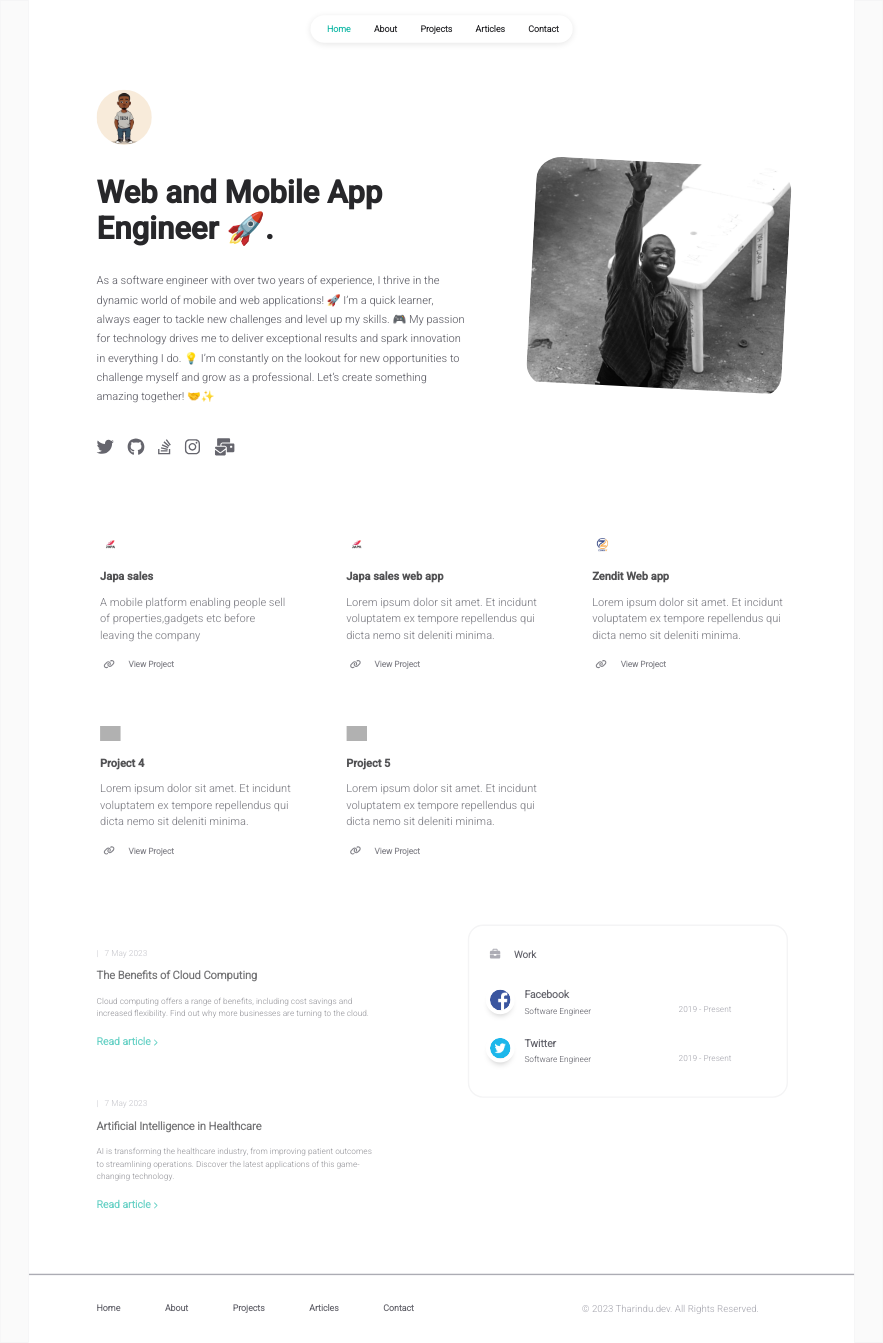
Repository: preyeopudu/preye-site
Page: /
These files come from the project's save history. The page is drawn as it stood at one moment and after the next save; the edit follows.
The browser window is 1280 px wide. The pictures show the whole page, at 69% of full size.
Pictures or frames that could not be fetched are drawn as grey boxes. The project was rebuilt for these pictures with package versions that can differ from the ones it lists, and the page was loaded fresh each time. Also part of the build but not shown: src/components/about/socials.jsx, src/pages/styles/about.css, src/pages/about.jsx, src/pages/styles/projects.css, src/pages/projects.jsx, src/components/articles/article.jsx, src/pages/styles/articles.css, src/pages/articles.jsx and 5 more.

Above is the page before, as saved 2024-12-18 19:45:35.

After the next save:
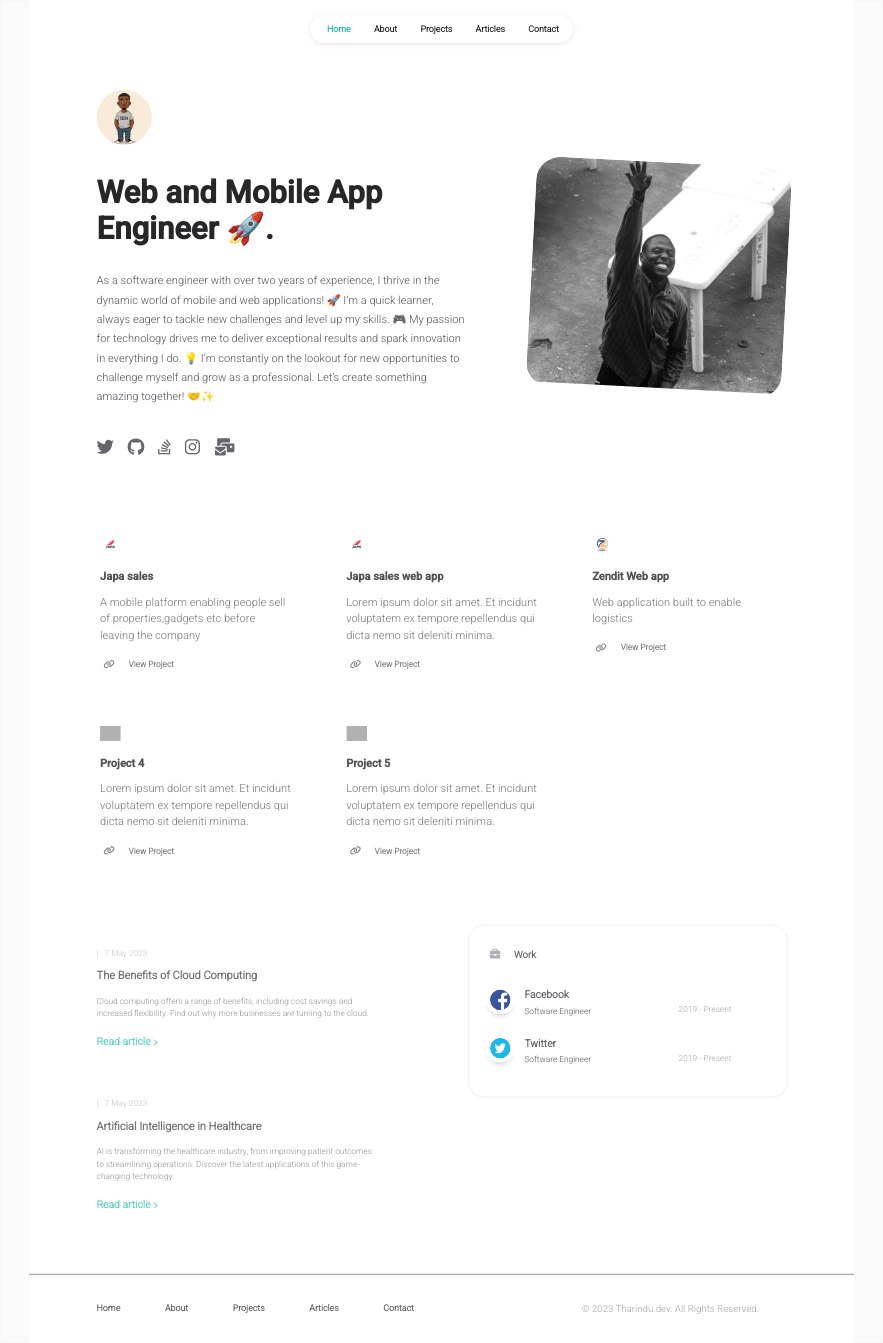
Saved 45 s later.
--- a/src/data/user.js
+++ b/src/data/user.js
@@ -54,8 +54,7 @@ const INFO = {
 
 		{
 			title: "Zendit Web app",
-			description:
-				"Lorem ipsum dolor sit amet. Et incidunt voluptatem ex tempore repellendus qui dicta nemo sit deleniti minima.",
+			description: "Web application built to enable logistics",
 			logo: "./zendit.png",
 			linkText: "View Project",
 			link: "https://zendit.ng/",
